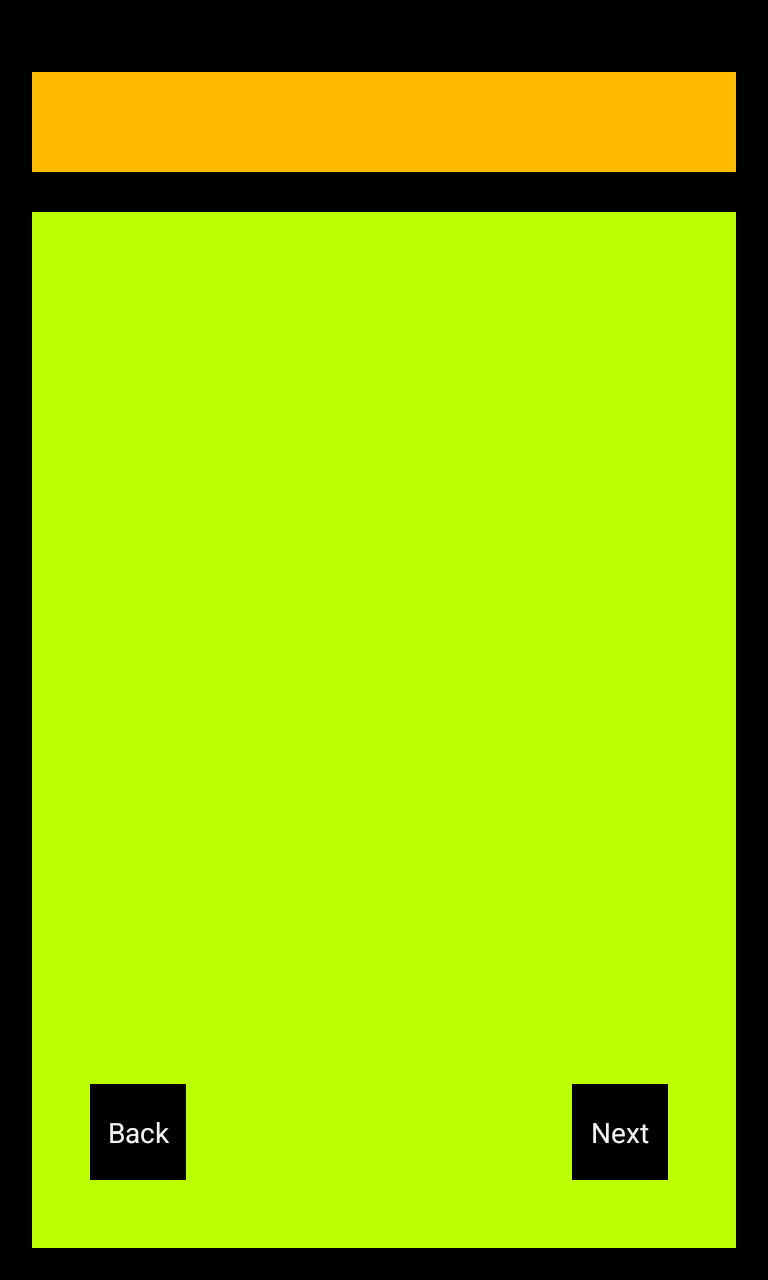
Repository: sbobhate/Android-Applications
Layout: Orient/res/layout/activity_instructions.xml
An editor plug-in stored every save of this project. The layout is shown before and after the next save, followed by the edit.
It is drawn on a 768 x 1280 px phone screen (xhdpi) without system bars, with theme AppTheme; the app's code is not run.

Above is the layout before, as saved 2014-02-19 15:47:30.

After the next save:
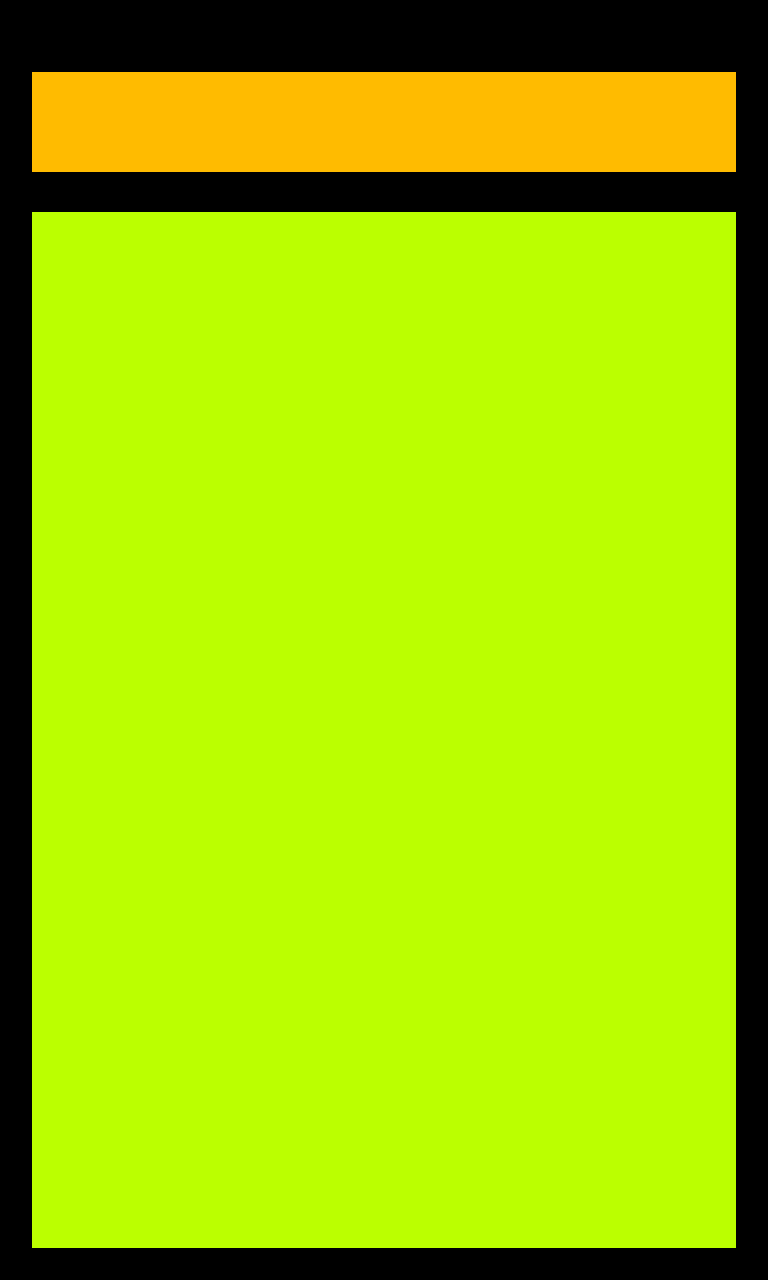
Saved 77 s later.
--- a/Orient/res/layout/activity_instructions.xml
+++ b/Orient/res/layout/activity_instructions.xml
@@ -8,13 +8,6 @@
     android:paddingTop="@dimen/activity_vertical_margin"
     tools:context=".Instructions"
     android:id="@+id/main_layout" >
-
-    <!-- <fragment
-        android:id="@+id/fragment1"
-        android:layout_width="wrap_content"
-        android:layout_height="wrap_content"
-        android:name="com.example.orient.Fragment1"
-        />	-->
 
     <TextView
         android:id="@+id/textView1"
@@ -43,6 +36,7 @@
 
         />
 
+    <!--
     <Button
         android:id="@+id/button1"
         style="?android:attr/buttonStyleSmall"
@@ -68,5 +62,6 @@
         android:text="@string/next"
         android:background="#000000"
         android:onClick="increase" />
+        -->
 
 </RelativeLayout>
